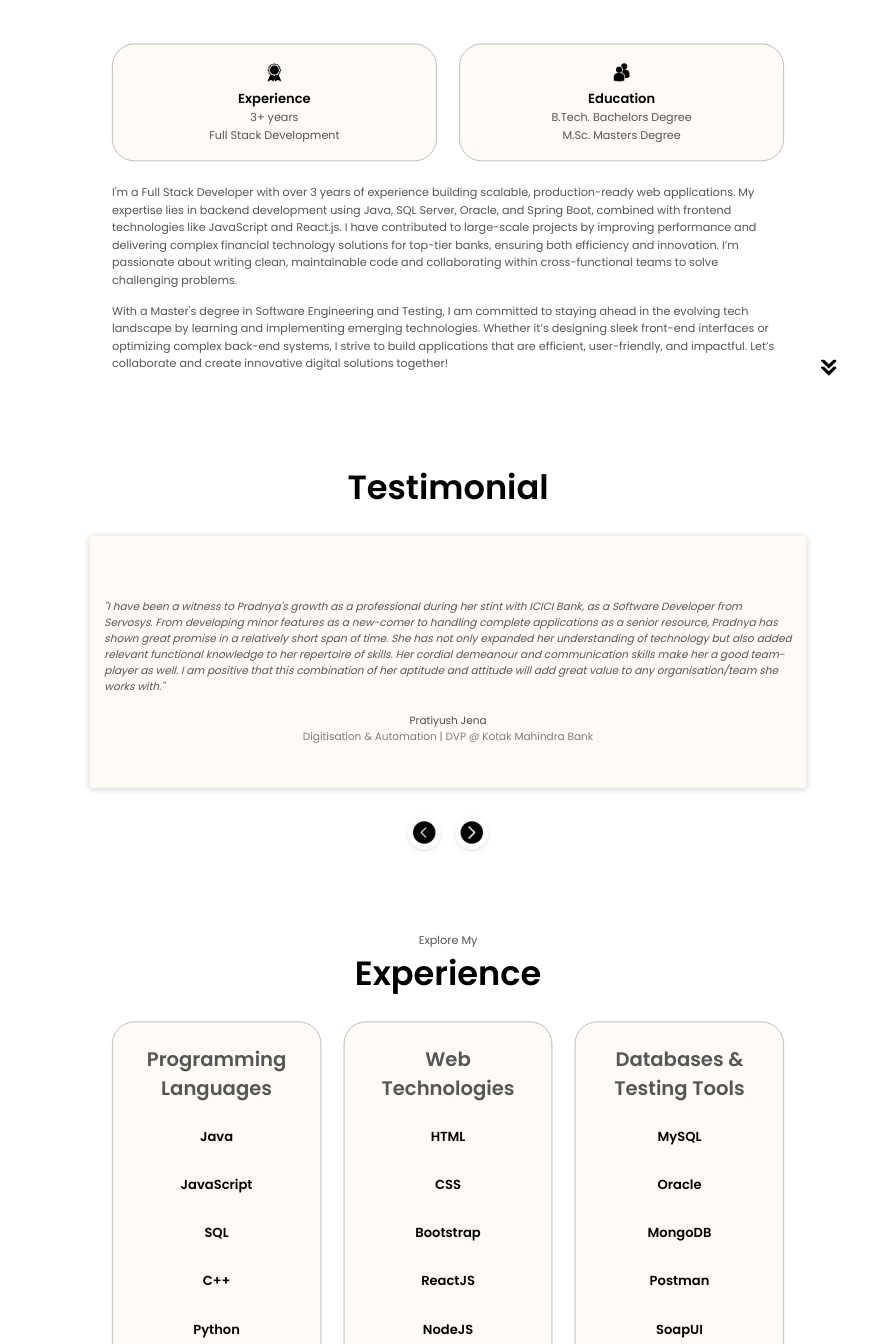
Repository: Pradnya-07/Portfolio-Pradnya
Page: index.html
These files come from the project's save history. The page is drawn as it stood at one moment and after the next save; the edit follows.
The browser window is 1280 px wide. The pictures show the part of the page from y = 925 to 2845 px (the page is 5307 px tall), at 70% of full size.

Above is the page before, as saved 2025-05-02 10:33:17.

After the next save:
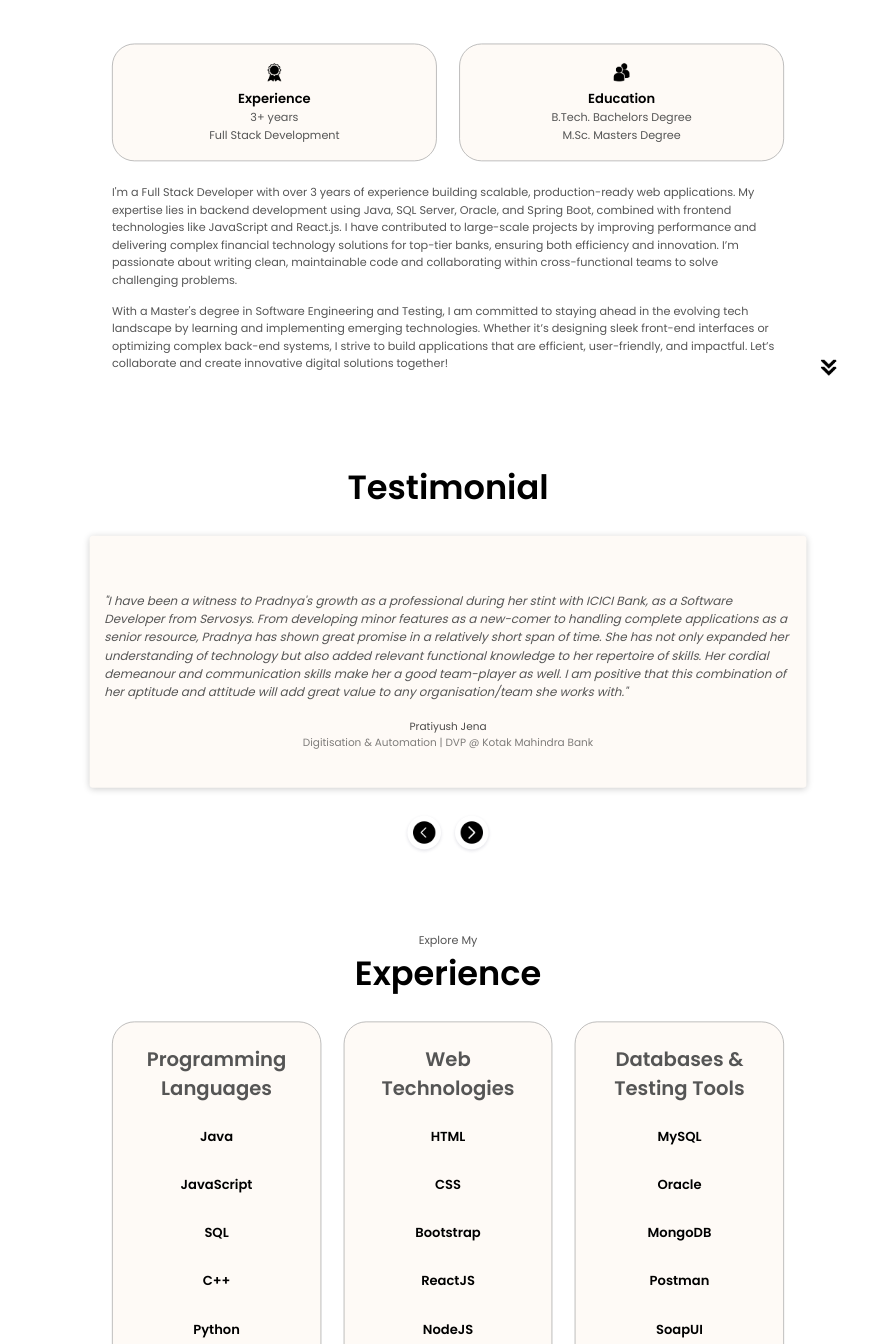
Saved 2 min 10 s later.
--- a/style.css
+++ b/style.css
@@ -500,7 +500,7 @@ h2 {
 .testimonial p {
   overflow: auto;
   font-style: oblique;
-  font-size: 15px;
+  font-size: 17px;
   font-weight: 400;
   padding: 1px;
 }
